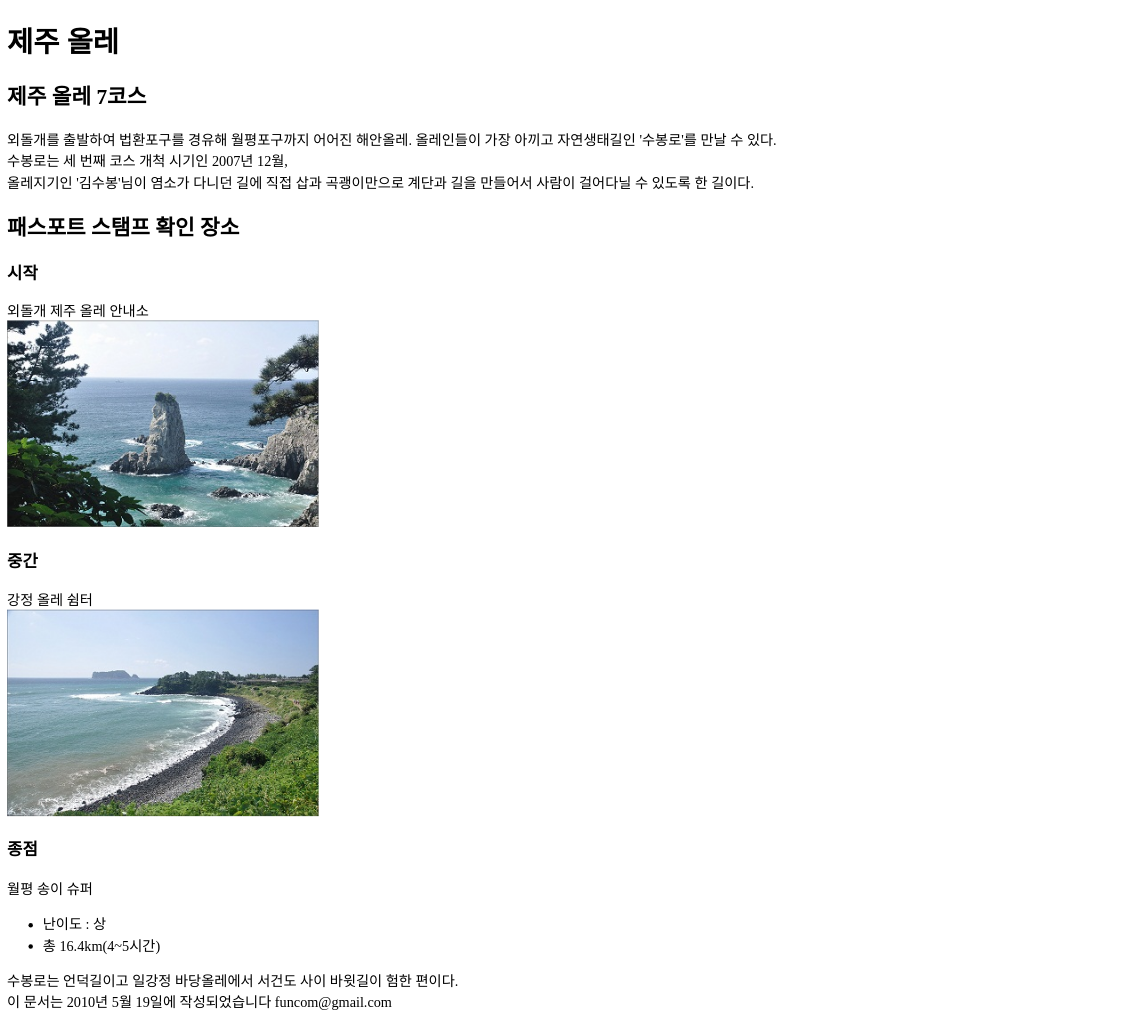
Repository: angelSuho/KCC_Learning_Repo
Page: Html/WebContent/sample02.html
The author's editor kept a copy of each file at every save. The page is drawn from the files as they stood at one save, then again after the next save.
The browser window is 1280 px wide. The pictures show the whole page, at 89% of full size.

Above is the page before, as saved 2024-07-08 07:23:06.

After the next save:
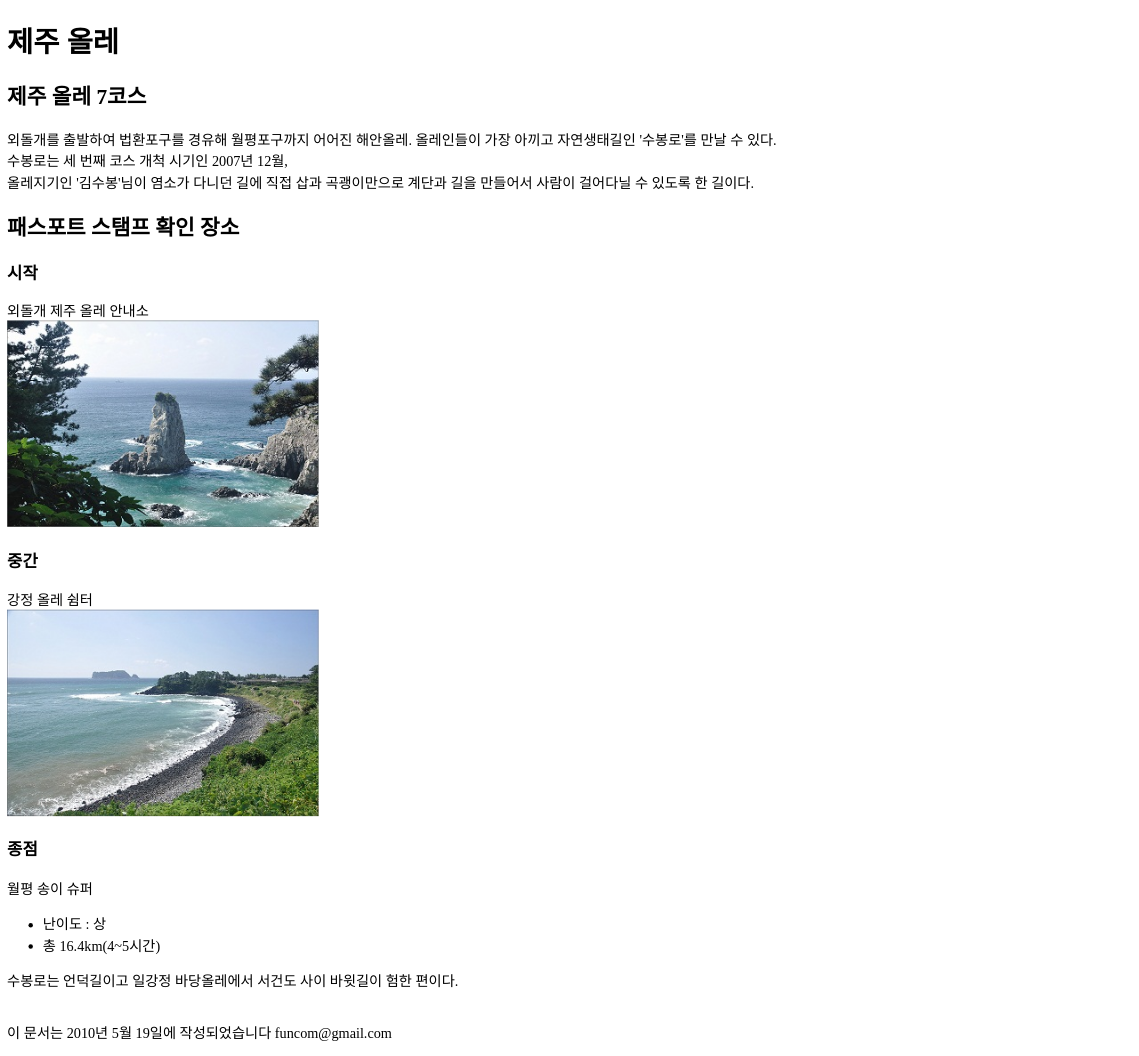
Saved 43 s later.
--- a/Html/WebContent/sample02.html
+++ b/Html/WebContent/sample02.html
@@ -39,16 +39,20 @@
 				<div>월평 송이 슈퍼</div>
 				<footer>
 				<ul>
-				<li>난이도 : 상</li>
-				<li>총 16.4km(4~5시간)</li>
+					<li>난이도 : 상</li>
+					<li>총 16.4km(4~5시간)</li>
 				</ul>
 				<div>수봉로는 언덕길이고 일강정 바당올레에서 서건도 사이 바윗길이 험한 편이다.</div>
 				</footer>
 			</section>
 		</section>
 	</section>
-
+<br/>
+<section>
+<p>
 이 문서는 2010년 5월 19일에 작성되었습니다
 funcom@gmail.com
+</p>
+</section>
 </body>
 </html>
